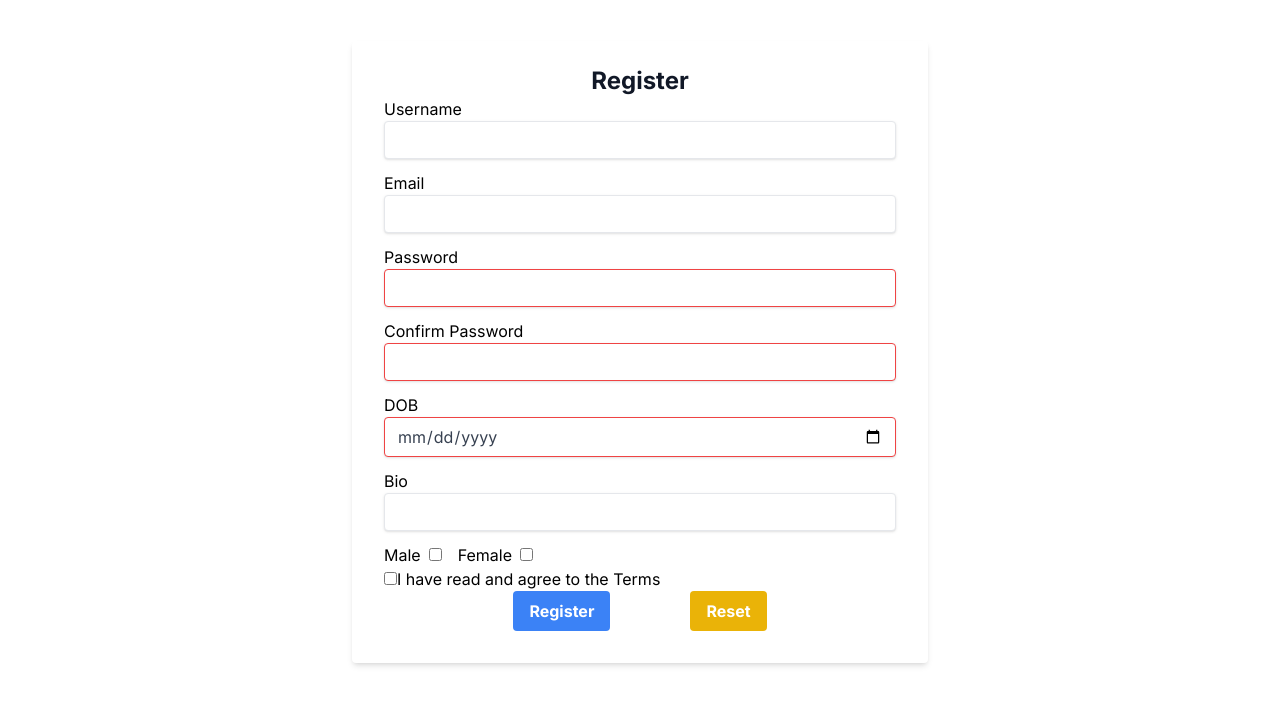
Repository: uh-sman/tiktok-card
Page: /
These files come from the project's save history. The page is drawn as it stood at one moment and after the next save; the edit follows.
The browser window is 1280 px wide. The pictures show the whole page.
The project was rebuilt for these pictures with package versions that can differ from the ones it lists, and the page was loaded fresh each time. The framework's server and built-in components were replaced by stand-ins that run in the browser. Also part of the build but not shown: next.config.js.

Above is the page before, as saved 2023-12-19 15:11:19.

### app/page.tsx
'use client'
// import Input from "./components/Input";
import { FieldValues, SubmitHandler, useForm } from "react-hook-form";
import AuthForm from "./components/AuthForm";
type FormValues = {
  name: string,
      email: string,
      password: string,
      confirmPassword: string,
      DateOfBirth: string,
      Bio: string,
      gender: string,
      termsAndConditions: string
}

export default function Home() {
  return (
    <div className="flex justify-center items-center h-screen w-full">

      <AuthForm />
    </div>
  )
}

### app/components/AuthForm.tsx
import React from "react";
import { useForm } from "react-hook-form";
// the type of data
type UserSubmitForm = {
    username: string;
    email: string;
    password: string;
    confirmPassword: string;
    acceptTerms: boolean;
    male:boolean;
    female:boolean;
    Bio:string;
    DateOfBirth: number
  };
const AuthForm: React.FC = () => {
    // using the useForm hook from the react-hook-form package
    const {register,handleSubmit, reset, formState} = useForm<UserSubmitForm>()
    // the onSubmit handler
    const onSubmit = (data: UserSubmitForm) => {
        if(data.male && data.female === true) {
            prompt('only one field can be selected')
            reset()
        }
        console.log(data)
    }
    return (
        <div className="w-full max-w-xl">
        <form className="bg-white shadow-md rounded px-8 pt-6 pb-8 mb-4" onSubmit={handleSubmit(onSubmit)}>
        <h2 className="font-bold text-gray-900 text-2xl text-center">Register</h2>
          <div className="flex flex-col">
            <label>Username</label>
            <input
            className="shadow appearance-none border rounded w-full py-2 px-3 text-gray-700 mb-3 leading-tight focus:outline-none focus:shadow-outline"
              type="text"
            //   using the hook to handle form state
            {...register('username')}
            />
            <div className="invalid-feedback">
                </div>
          </div>

          <div className="flex flex-col">
            <label>Email</label>
            <input
            className="shadow appearance-none border rounded w-full py-2 px-3 text-gray-700 mb-3 leading-tight focus:outline-none focus:shadow-outline"
            type="text"
            {...register('email')}
            />
            <div className="invalid-feedback">
                </div>
          </div>

          <div className="flex flex-col">
            <label>Password</label>
            <input
            className="shadow appearance-none border border-red-500 rounded w-full py-2 px-3 text-gray-700 mb-3 leading-tight focus:outline-none focus:shadow-outline"
            type="password"
            {...register('password')}
            />
            <div className="invalid-feedback">
                </div>
          </div>
          <div className="flex flex-col">
            <label>Confirm Password</label>
            <input
            className="shadow appearance-none border border-red-500 rounded w-full py-2 px-3 text-gray-700 mb-3 leading-tight focus:outline-none focus:shadow-outline"
              type="password"
              {...register('confirmPassword')}
            />
            <div className="invalid-feedback">
            </div>
          </div>
          <div className="flex flex-col">
            <label>DOB</label>
            <input
            className="shadow appearance-none border border-red-500 rounded w-full py-2 px-3 text-gray-700 mb-3 leading-tight focus:outline-none focus:shadow-outline"
              type="date"
              {...register('DateOfBirth')}
            />
            <div className="invalid-feedback">
            </div>
          </div>
          <div className="flex flex-col">
            <label>Bio</label>
            <input
            className="shadow appearance-none border rounded w-full py-2 px-3 text-gray-700 mb-3 leading-tight focus:outline-none focus:shadow-outline"
            type="text"
            {...register('Bio')}
            />
            <div className="invalid-feedback">
            </div>
          </div>

          <div className="">
           <div className="flex items-center gap-4">
           <div className="">
                <label className="mr-2" htmlFor="Male">Male</label>
            <input
              type="checkbox"
              {...register('male')}
              />

            </div>
            <div className="">
                <label className="mr-2" htmlFor="Female">Female</label>
            <input
              type="checkbox"
              {...register('female')}
              />
            </div>
           </div>
            <div className="invalid-feedback">
                </div>
          </div>
          <div className="">
            <input
              type="checkbox"
              {...register('acceptTerms')}
              />
            <label htmlFor="acceptTerms" className="form-check-label">
              I have read and agree to the Terms
            </label>
            <div className="invalid-feedback">
                </div>
          </div>

          <div className="flex justify-center gap-20">
            <button type="submit" className="bg-blue-500 hover:bg-blue-700 text-white font-bold py-2 px-4 rounded focus:outline-none focus:shadow-outline">
              Register
            </button>
            <button
              type="button"
              onClick={() => reset()}
              className="bg-yellow-500 hover:bg-yellow-700 text-white font-bold py-2 px-4 rounded focus:outline-none focus:shadow-outline"
              >
              Reset
            </button>
          </div>
        </form>
      </div>
    )
}

export default AuthForm;

Loaded but not shown: app/layout.tsx (common file); app/globals.css (common file); tailwind.config.ts (common file)

After the next save:
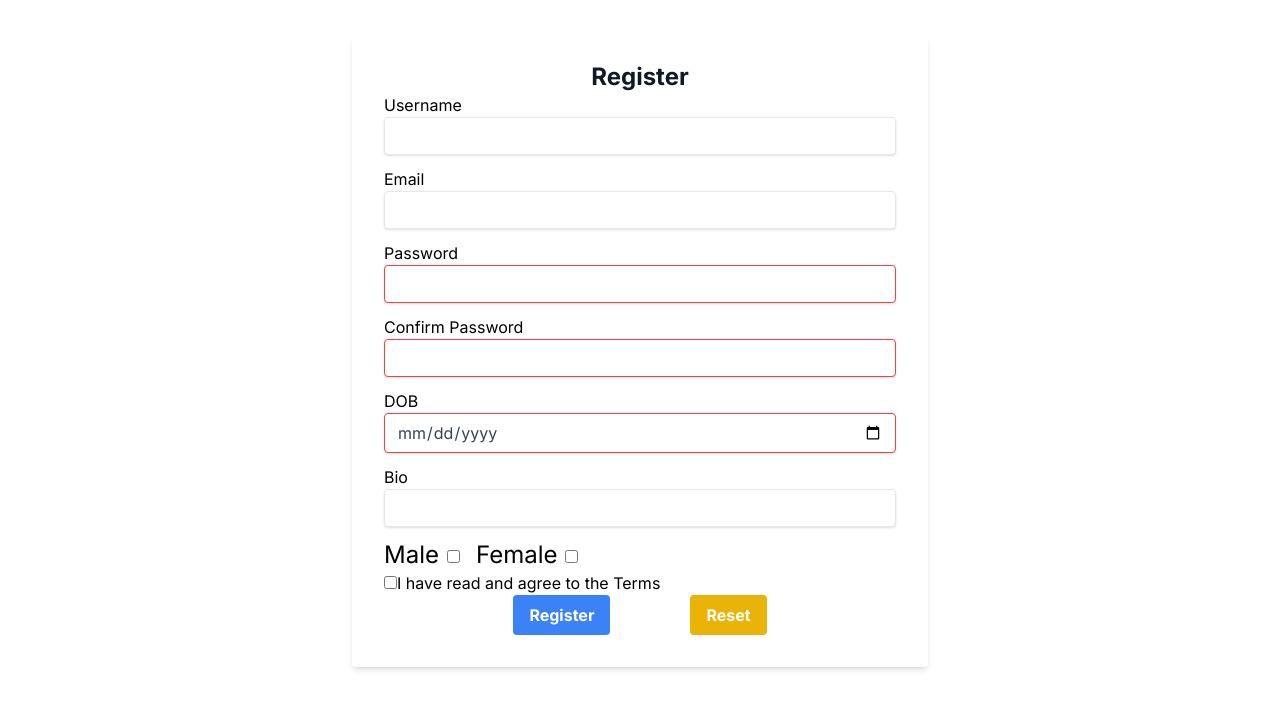
Saved 26 s later.
--- a/app/components/AuthForm.tsx
+++ b/app/components/AuthForm.tsx
@@ -92,7 +92,7 @@ const AuthForm: React.FC = () => {
           </div>
 
           <div className="">
-           <div className="flex items-center gap-4">
+           <div className="flex items-center gap-4 text-2xl">
            <div className="">
                 <label className="mr-2" htmlFor="Male">Male</label>
             <input
